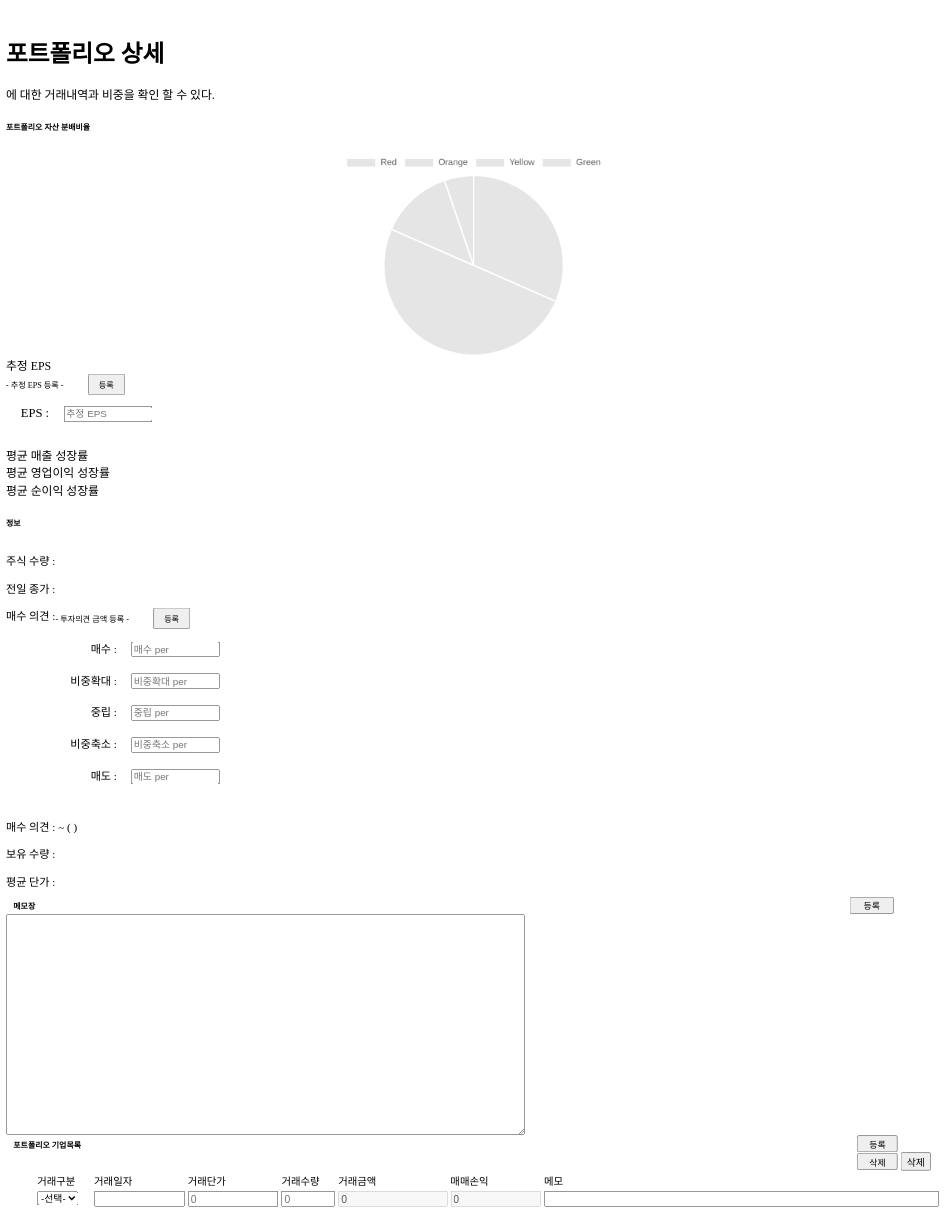
Repository: bangProgram/PJT_Finance
Page: http://localhost/Finance/WEB-INF/views/portfolio/portfolioDetail.jsp
These files come from the project's save history. The page is drawn as it stood at one moment and after the next save; the edit follows.
The browser window is 1280 px wide. The pictures show the whole page, at 74% of full size.
The page is served by Tomcat 9. Nobody is signed in. The template is opened directly, without the code that normally fills it, so the values that code supplies are empty.

Above is the page before, as saved 2022-11-19 14:01:19.

After the next save:
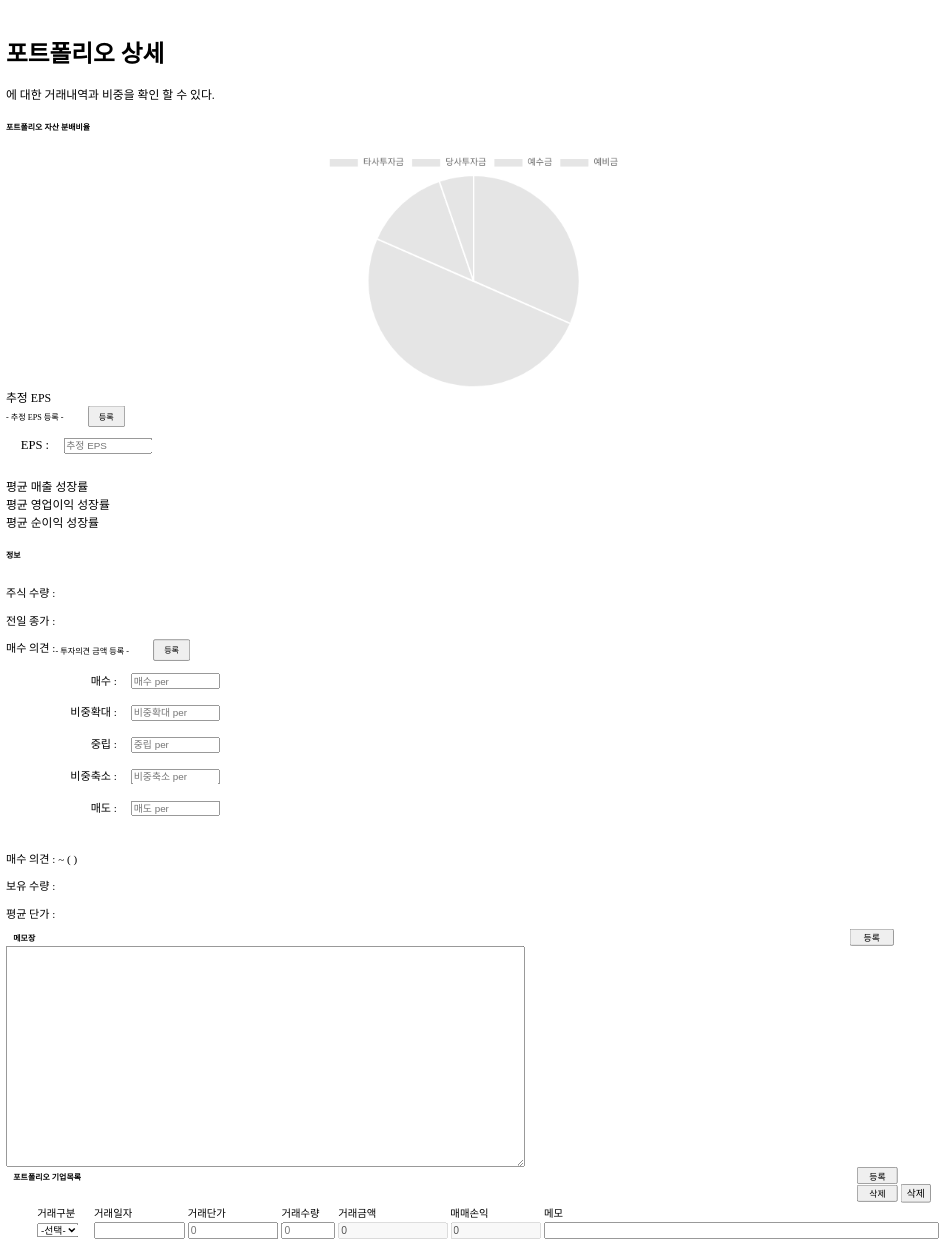
Saved 96 s later.
--- a/Finance/src/main/webapp/WEB-INF/views/portfolio/portfolioDetail.jsp
+++ b/Finance/src/main/webapp/WEB-INF/views/portfolio/portfolioDetail.jsp
@@ -13,7 +13,7 @@
 			  type: 'pie',
 
 			  data: {
-				  labels: ['Red', 'Orange', 'Yellow', 'Green'],
+				  labels: ['타사투자금', '당사투자금', '예수금', '예비금'],
 			    datasets: [{
 			      label: '# of Votes',
 			      data: [12, 19, 5, 2,],
@@ -221,7 +221,7 @@
 		            		<%--
 		            		<canvas id="myPieChart" width="277" height="277" ></canvas>
 		            		 --%>
-		            <div class="chart-container" style="position: relative; height:277px;">
+		            <div class="chart-container" style="position: relative; height:320px;">
 						<canvas id="myPieChart"></canvas>
 					</div>
 		        </div>
